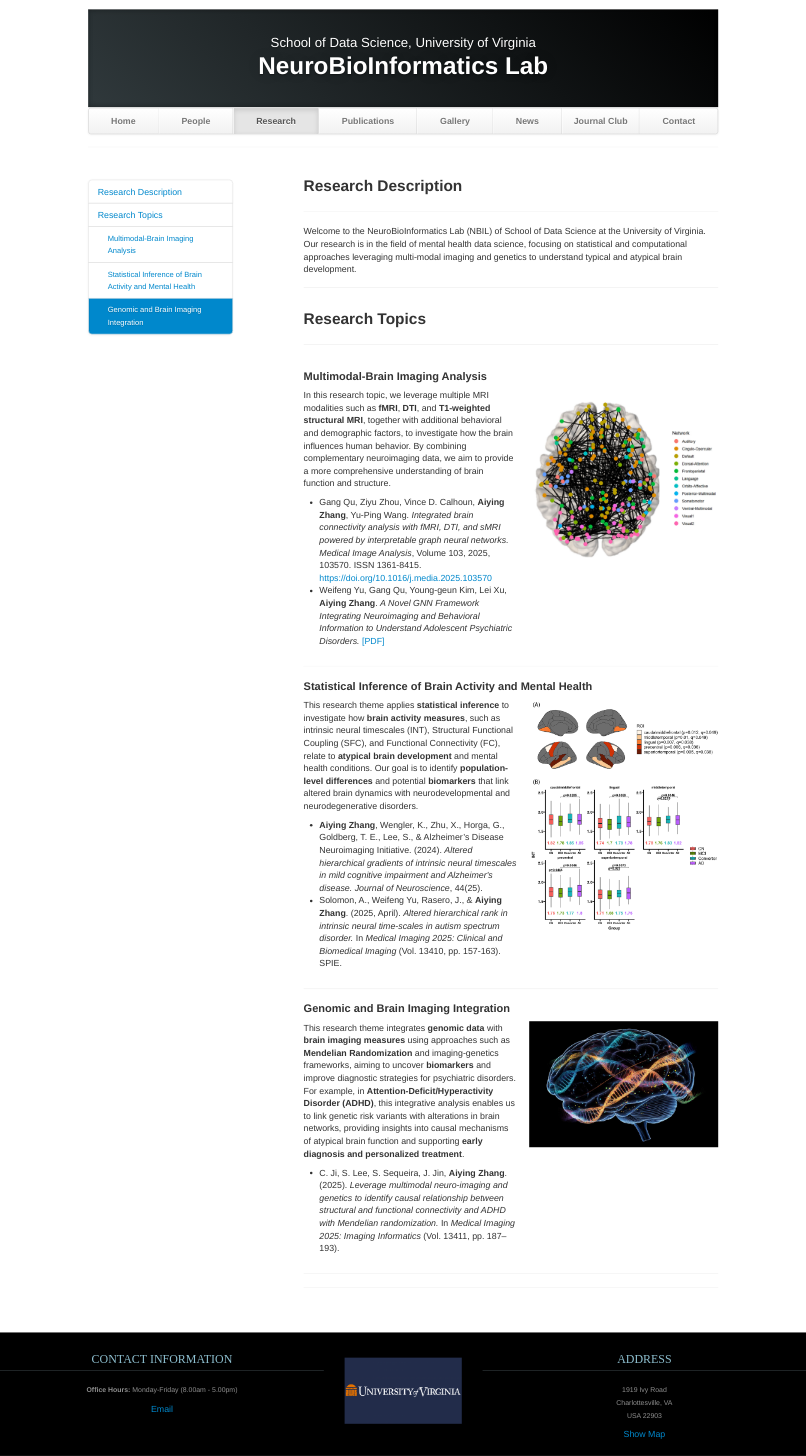
Repository: nbillab/nbillab.io
Page: research.html
An editor plug-in stored every save of this project. The page is shown before and after the next save, followed by the edit.
The browser window is 1280 px wide. The pictures show the whole page, at 63% of full size.

Above is the page before, as saved 2025-09-08 16:06:52.

After the next save:
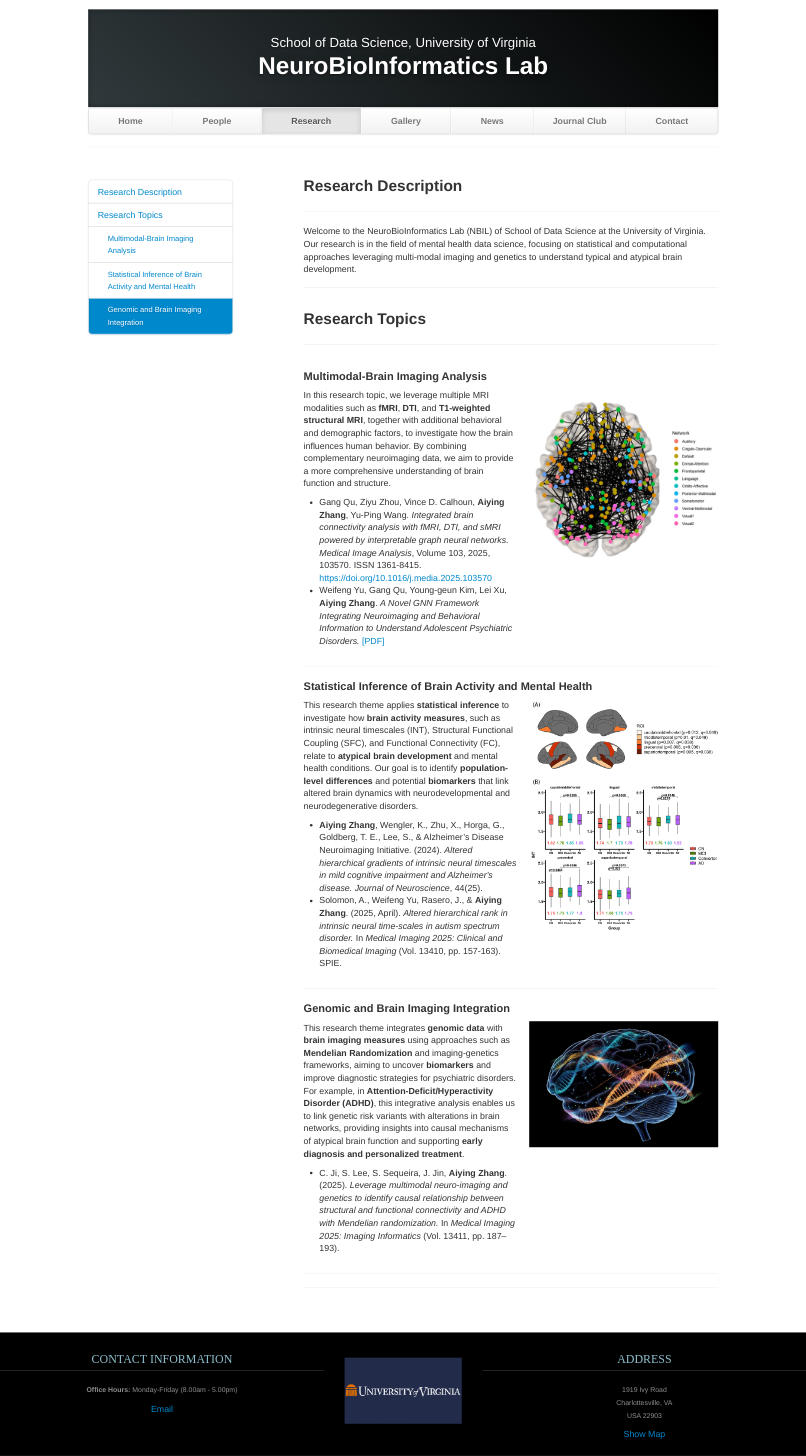
Saved 110 s later.
--- a/research.html
+++ b/research.html
@@ -25,7 +25,7 @@
                         <li><a href="index.html">Home</a></li>
                         <li><a href="people.html">People</a></li>
                         <li class="active"><a href="#">Research</a></li>
-                        <li><a href="publications.html">Publications</a></li>
+                        <!-- <li><a href="publications.html">Publications</a></li> -->
                         <li><a href="gallery.html">Gallery</a></li>
                         <li><a href="news.html">News</a></li>
                         <li><a href="journalclub.html">Journal Club</a></li>
